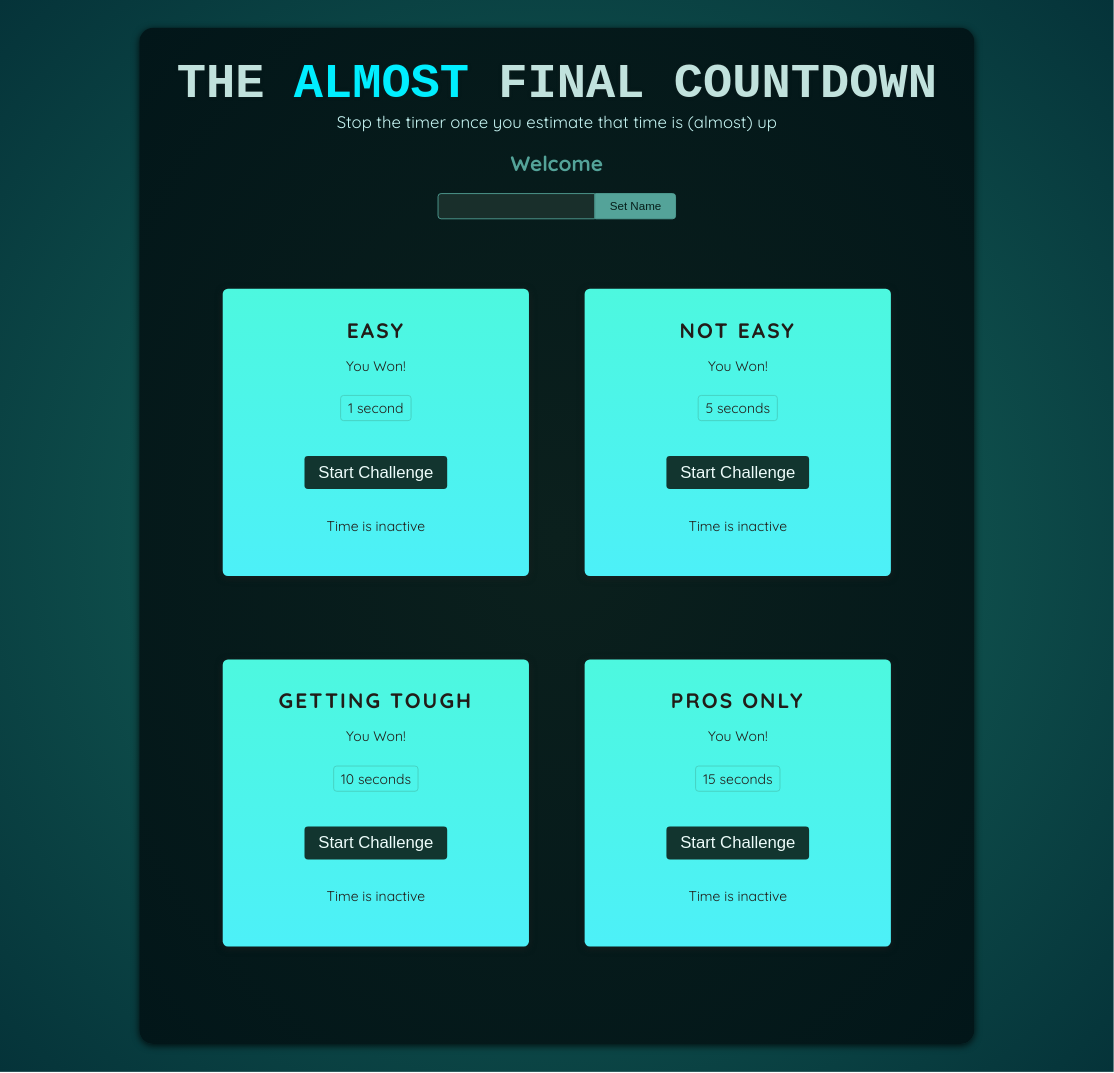
Repository: theshariqueanwer/reactjsts
Page: / (app in react-refs-and-portals/)
These files come from the project's save history. The page is drawn as it stood at one moment and after the next save; the edit follows.
The browser window is 1280 px wide. The pictures show the whole page, at 87% of full size.
Some web fonts or font styles are not loaded; a fallback is used. The project was rebuilt for these pictures with package versions that can differ from the ones it lists, and the page was loaded fresh each time. Also part of the build but not shown: react-refs-and-portals/vite.config.js, react-refs-and-portals/src/components/Player.jsx, react-refs-and-portals/src/components/PlayerWithRefWithoutState.jsx.

Above is the page before, as saved 2024-02-01 02:37:45.

After the next save:
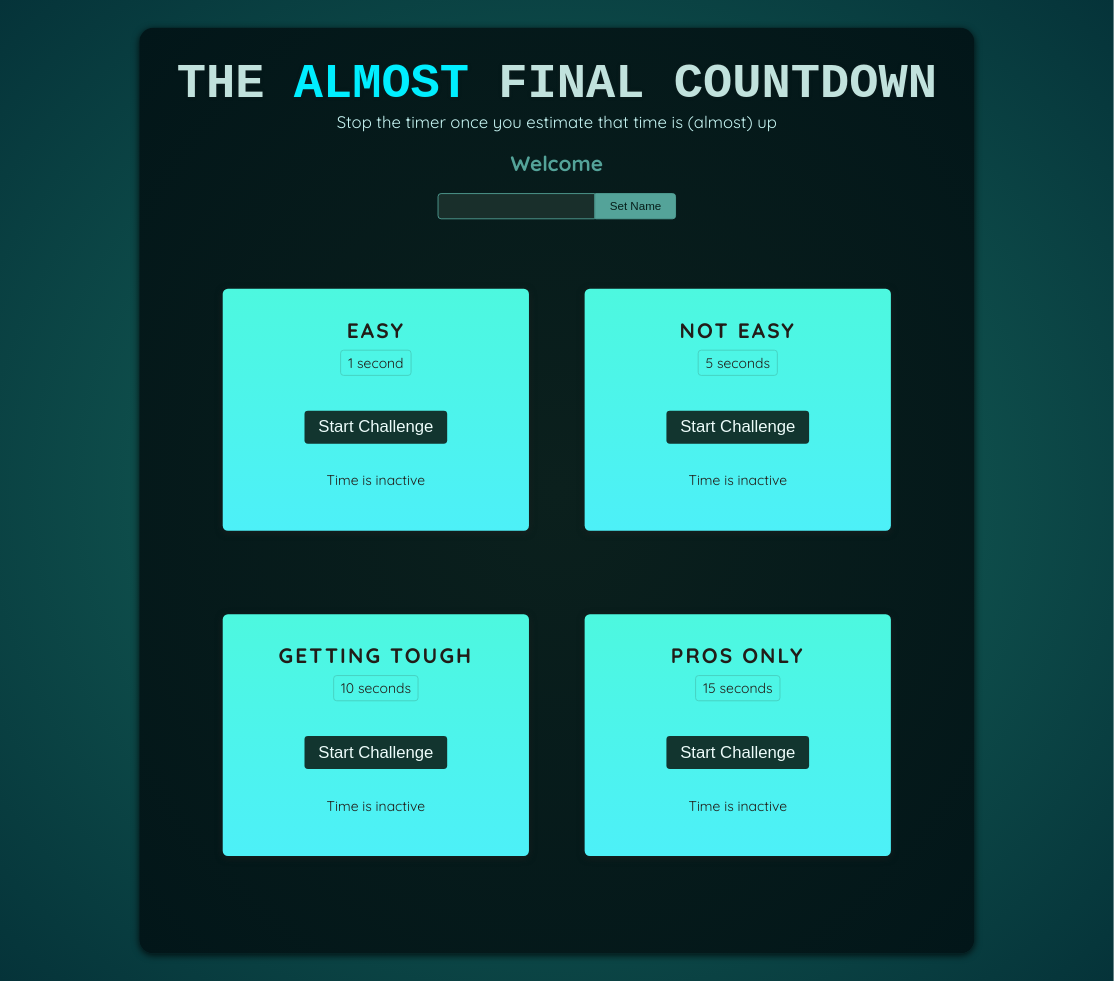
Saved 9 s later.
--- a/react-refs-and-portals/src/components/TimerChallenge.jsx
+++ b/react-refs-and-portals/src/components/TimerChallenge.jsx
@@ -37,7 +37,7 @@
       <ResultModal targetTime={targetTime} remainingTime={timeRemaining} onReset={handleReset} ref={dialog} />
       <section className="challenge">
         <h2>{title}</h2>
-        { resultScore ? <p>You Lost!</p> : <p>You Won!</p>}
+        {/* { resultScore ? <p>You Lost!</p> : <p>You Won!</p>} */}
         <p className="challenge-time">
           {targetTime} second{targetTime > 1 ? "s" : ""}
         </p>
